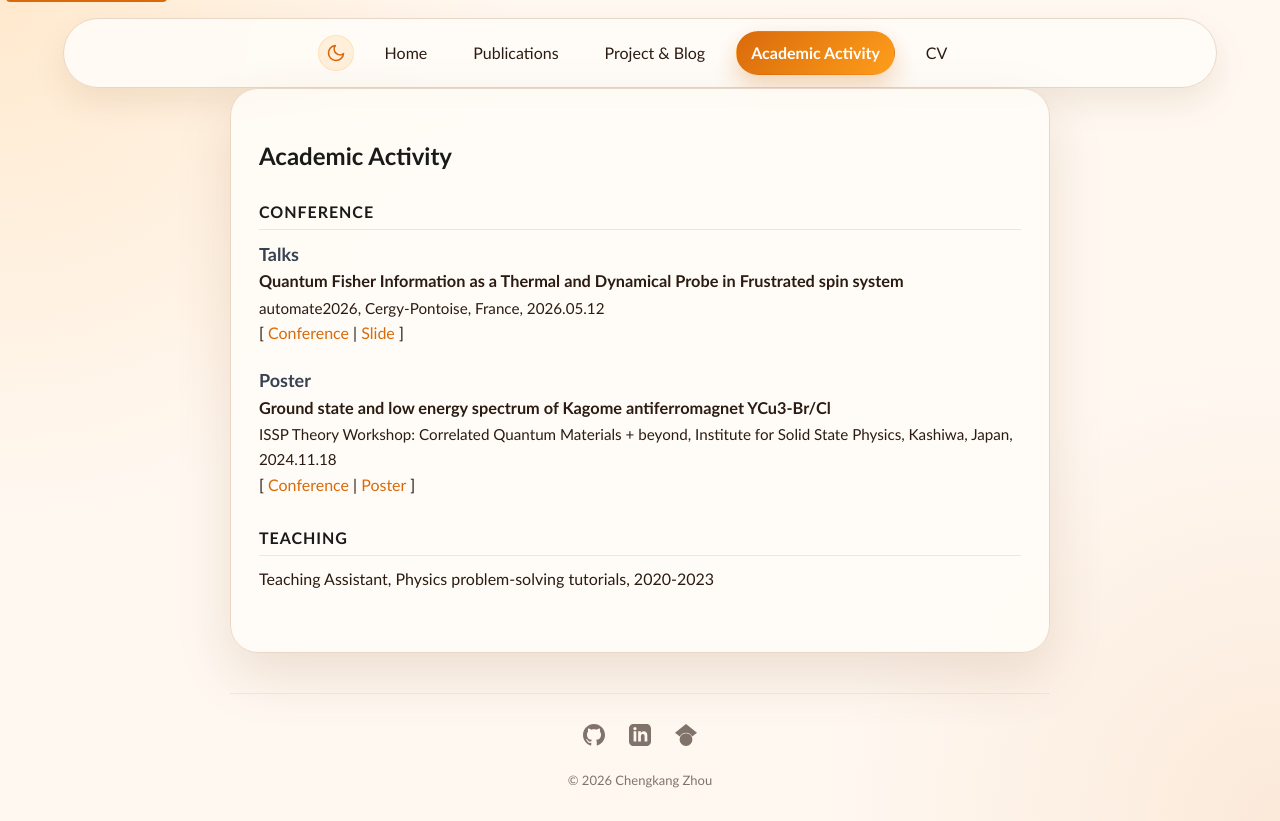
Repository: argyibug/zhouchk
Page: blogs.html
The author's editor kept a copy of each file at every save. The page is drawn from the files as they stood at one save, then again after the next save.
The browser window is 1280 px wide. The pictures show the whole page.

Above is the page before, as saved 2026-06-02 09:48:05.

After the next save:
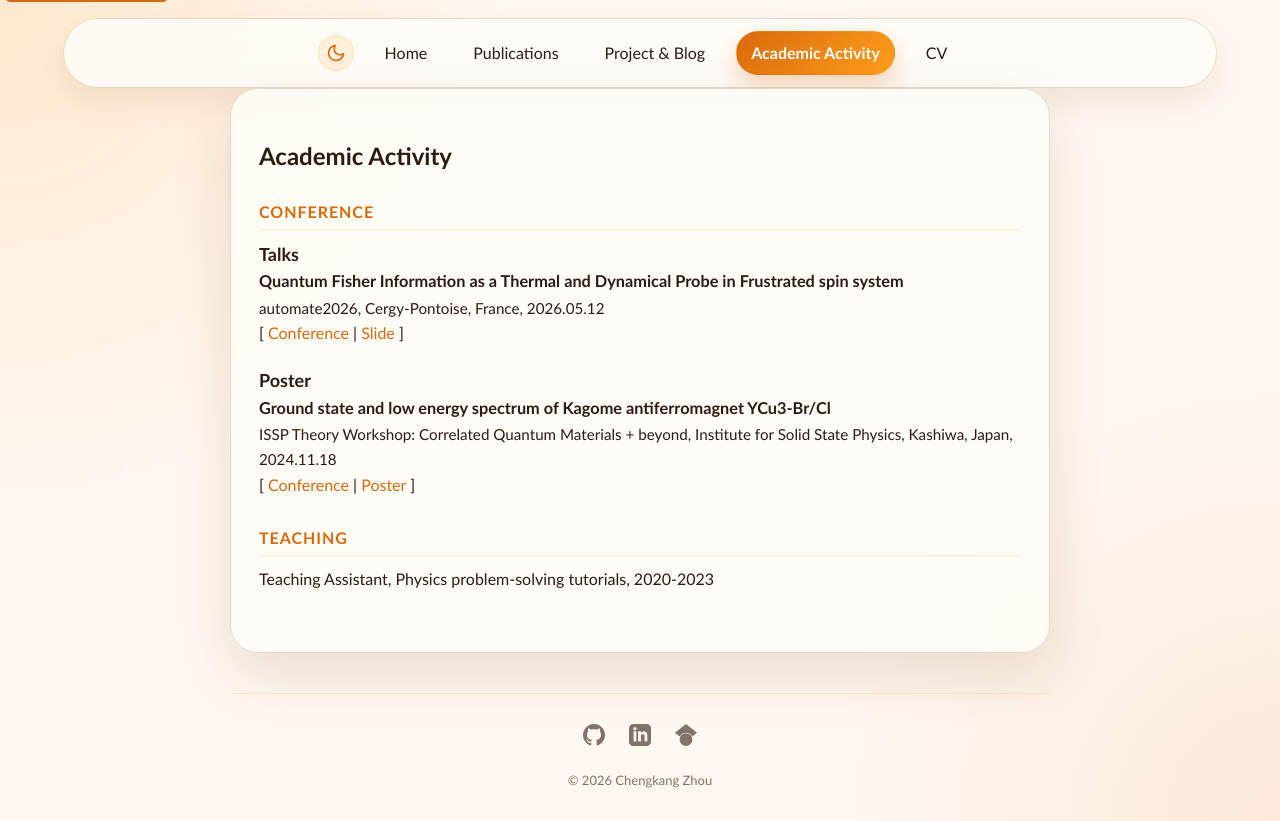
Saved 4 s later.
--- a/blogs.html
+++ b/blogs.html
@@ -27,7 +27,7 @@
     .page-title {
       font-size: 24px;
       font-weight: 700;
-      color: #1a1a1a;
+      color: var(--text-color);
       margin-bottom: 24px;
       text-align: left;
     }
@@ -39,18 +39,18 @@
     .activity-section h2 {
       font-size: 16px;
       font-weight: 600;
-      color: #1a1a1a;
+      color: var(--primary-color);
       text-transform: uppercase;
       letter-spacing: 0.06em;
       margin-bottom: 10px;
       padding-bottom: 4px;
-      border-bottom: 1px solid #e5e7eb;
+      border-bottom: 1px solid rgba(255, 159, 28, 0.22);
     }
 
     .activity-subtitle {
       font-size: 18px;
       font-weight: 600;
-      color: #374151;
+      color: var(--text-color);
       margin: 0 0 8px;
     }
 
@@ -75,7 +75,7 @@
 
     .activity-section li {
       margin-bottom: 6px;
-      color: #374151;
+      color: var(--text-color);
       line-height: 1.6;
     }
 
@@ -89,7 +89,7 @@
 
     [data-theme="dark"] .activity-section h2 {
       color: var(--text-color);
-      border-bottom-color: #374151;
+      border-bottom-color: var(--border-color);
     }
 
     [data-theme="dark"] .activity-section li {
